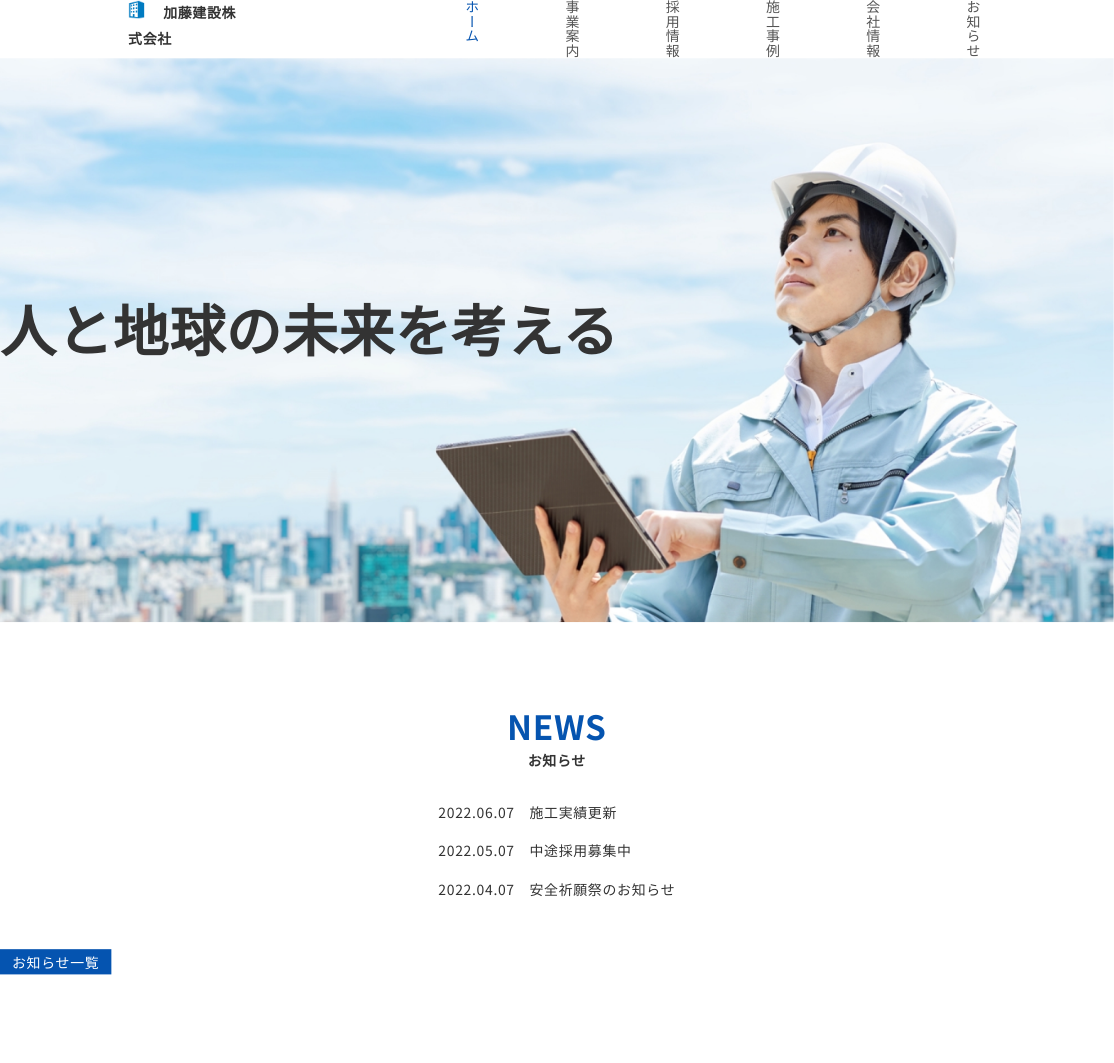
Repository: nozomi-23/hp1_test
Page: index.html
The author's editor kept a copy of each file at every save. The page is drawn from the files as they stood at one save, then again after the next save.
The browser window is 1280 px wide. The pictures show the whole page, at 87% of full size.

Above is the page before, as saved 2022-06-12 11:14:49.

### index.html
<!DOCTYPE html>
<html lang="ja">
<head>
<meta charset="UTF-8">
<title>加藤建設 株式会社</title>
<meta name="description" content="人と地球の未来を考える 加藤建設 株式会社">
<meta name="keywords" content="建築,土木,インフラ">
<meta name="viewport" content="width=device-width, initial-scale=1.0">
<meta property="og:title" content="建築依頼なら「加藤建設 株式会社」">
<meta property="og:type" content="article">
<meta property="og:url" content="https://withcode-plus.tech">
<meta property="og:image" content="img/logo.png">
<meta property="og:description" content="確かな技術力が自慢、インフラから地域貢献まで加藤建設にお任せ下さい">
<meta property="og:site_name" content="加藤建設 株式会社">
<link rel="icon" href="img/favicon.ico">
<link rel="apple-touch-icon" sizes="180x180" href="img/logo.png">
<link rel="preconnect" href="https://fonts.googleapis.com">
<link rel="preconnect" href="https://fonts.gstatic.com" crossorigin>
<link href="https://fonts.googleapis.com/css2?family=Noto+Sans+JP:wght@400;500;700&family=Noto+Serif+JP&display=swap"
  rel="stylesheet">
<link rel="stylesheet" type="text/css" href="css/reset.css">
<link rel="stylesheet" type="text/css" href="css/common1.css">
<link rel="stylesheet" type="text/css" href="css/index.css">
</head>
<body>
  <!-- =========header -->
  <header>
    <div class="header_wrapper">
      <div class="header_inner">
        <h1 class="header_left">加藤建設株式会社</h1>
        <nav class="header_right" >
          <ul class="header_list">
            <li><a href="#" class="color">ホーム</a></li>
            <li><a href="html/business.html">事業案内</a></li>
            <li><a href="html/recruit.html">採用情報</a></li>
            <li><a href="html/work.html">施工事例</a></li>
            <li><a href="html/company.html">会社情報</a></li>
            <li><a href="html/news.html">お知らせ</a></li>
          </ul>
        </nav>
      </div>
    </div>
  </header>
  <!-- =========main_view -->
  <main>
    <section class="main_wrapper">
      <div class="main_txt">
        <h3>人と地球の未来を考える</h3>
      </div>
    </section>
    <!-- =========news -->
    <section class="news section">
      <div class="news_wrapper">
        <h2 class="title">NEWS<br>
          <small>お知らせ</small></h2>
        <ul class="news_list">
          <li>2022.06.07&emsp;施工実績更新</li>
          <li>2022.05.07&emsp;中途採用募集中</li>
          <li>2022.04.07&emsp;安全祈願祭のお知らせ</li>
        </ul>
        <div class="btn">
          <a href="html/news.html">お知らせ一覧</a>
        </div>
      </div>
    </section>
  </main>
</body>
</html>

### css/reset.css
@charset "UTF-8";

html,
body,
div,
span,
object,
iframe,
h1,
h2,
h3,
h4,
h5,
h6,
p,
blockquote,
pre,
abbr,
address,
cite,
code,
del,
dfn,
em,
img,
ins,
kbd,
q,
samp,
small,
strong,
sub,
sup,
var,
b,
i,
dl,
dt,
dd,
ol,
ul,
li,
fieldset,
form,
label,
legend,
table,
caption,
tbody,
tfoot,
thead,
tr,
th,
td,
article,
aside,
canvas,
details,
figcaption,
figure,
footer,
header,
hgroup,
menu,
nav,
section,
summary,
time,
mark,
audio,
video {
  margin: 0;
  padding: 0;
  border: 0;
  outline: 0;
  font-size: 100%;
  vertical-align: baseline;
  background: transparent;
}

body {
  line-height: 1;
}

article,
aside,
details,
figcaption,
figure,
footer,
header,
hgroup,
menu,
nav,
section {
  display: block;
}

nav ul {
  list-style: none;
}

blockquote,
q {
  quotes: none;
}

blockquote:before,
blockquote:after,
q:before,
q:after {
  content: '';
  content: none;
}

a {
  margin: 0;
  padding: 0;
  font-size: 100%;
  vertical-align: baseline;
  background: transparent;
}

/* change colours to suit your needs */
ins {
  background-color: #ff9;
  color: #000;
  text-decoration: none;
}

/* change colours to suit your needs */
mark {
  background-color: #ff9;
  color: #000;
  font-style: italic;
  font-weight: bold;
}

del {
  text-decoration: line-through;
}

abbr[title],
dfn[title] {
  border-bottom: 1px dotted;
  cursor: help;
}

table {
  border-collapse: collapse;
  border-spacing: 0;
}

/* change border colour to suit your needs */
hr {
  display: block;
  height: 1px;
  border: 0;
  border-top: 1px solid #cccccc;
  margin: 1em 0;
  padding: 0;
}

input,
select {
  vertical-align: middle;
}

### css/common1.css
@charset "UTF-8";

body {
  color: #333;
  letter-spacing: 0.05em;
  line-height: 1.8;
  font-family: 'Noto Sans JP', sans-serif ,'Noto Serif JP',
  serif;
}
li {
  list-style: none;
}

a {
  text-decoration: none;
}
.section {
  margin: 8% 0;
}


/* タイトル */
.title {
  color: #0554B0;
  font-weight: bold;
  font-size: 2.4rem;
  line-height: 0.8;
}
.news_wrapper small {
  font-size: 1rem;
  color: #333;
}
/* ボタン */
.btn {
  background-color: #0554B0;
  width: 10%;

}
.btn a {
  color: #fff;
  padding: 5%;
}

### css/index.css
@charset "UTF-8";

/* =================
header
===================*/
.header_wrapper {
  display: flex;
  justify-content: center;
}
.header_inner {
  width: 77%;
  display: flex;
  justify-content: space-between;

}
.header_list {
  display: table;
}
.header_list li {
  display: table-cell;
  writing-mode: vertical-rl;
}
.header_list li a {
  color: #555;
}
.header_list li a:hover {
  opacity: 0.5;
}
.header_list li a.color {
  color: #0554B0;
}

.header_left::before {
  content: "";
  background: url(../img/name_icon.png) no-repeat ;
  background-size: contain;
  width: 30%;
  height: 30%;
  z-index: 1;
  display: inline-block;
}

/* =================
main_view
===================*/
.main_wrapper {
  background: url(../img/top_img.png)no-repeat center;
  background-size: cover;
  width: 100%;
  height: 90vh;
}
.main_txt {
  font-size: 4rem;
  font-weight: normal;
  font-family: 'Noto Serif JP';
  position: relative;
  top: 40%;
}
/* =================
news
===================*/
.news {
  text-align: center;
  display: block;
}

.news_list {
  padding: 3%;
  text-align: left;
  display: inline-block;

}
.news_list li {
  margin-bottom: 1rem;
}

After the next save:
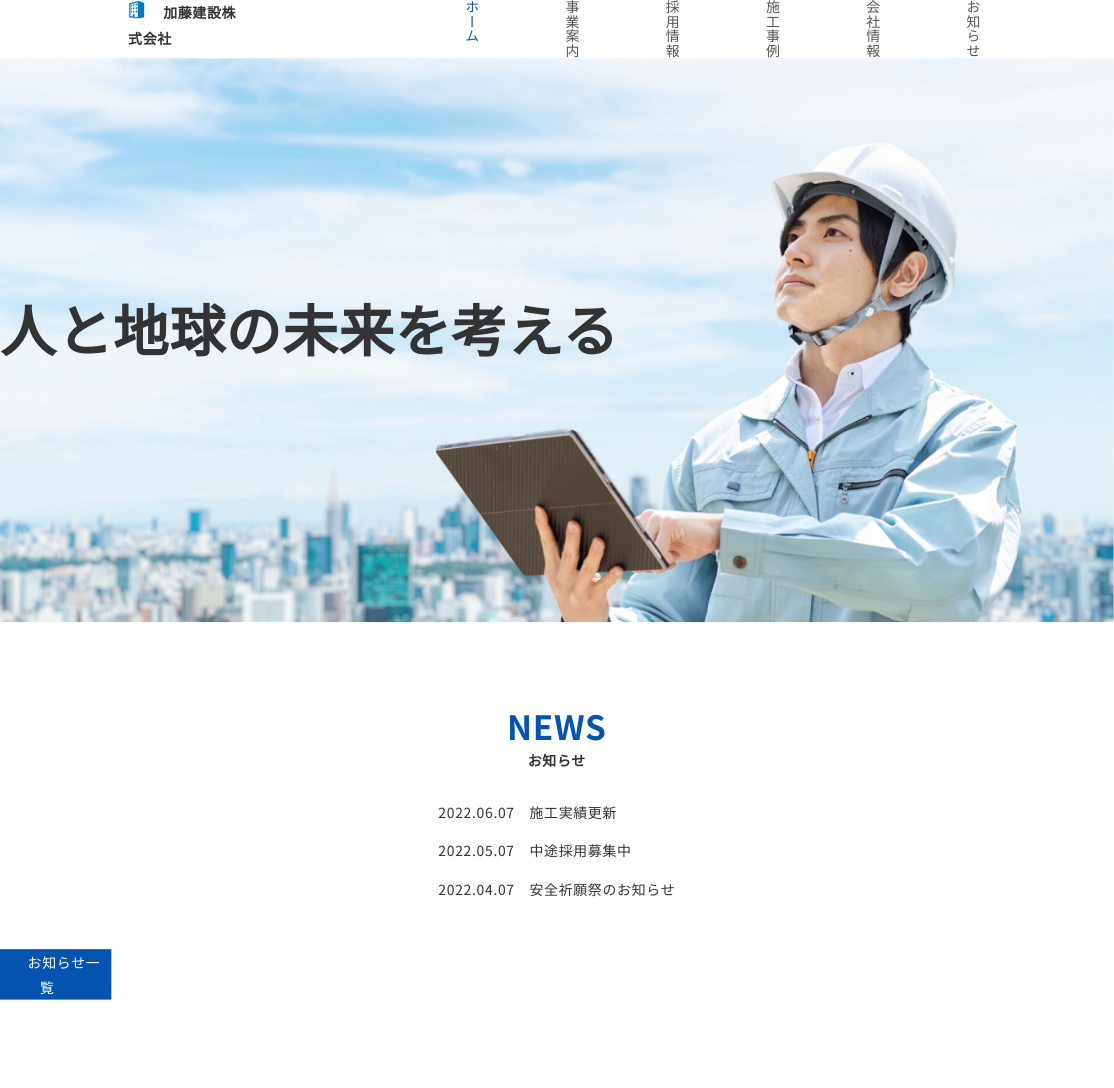
Saved 12 s later.
--- a/css/common1.css
+++ b/css/common1.css
@@ -38,5 +38,5 @@ a {
 }
 .btn a {
   color: #fff;
-  padding: 5%;
+  padding: 15%;
 }
